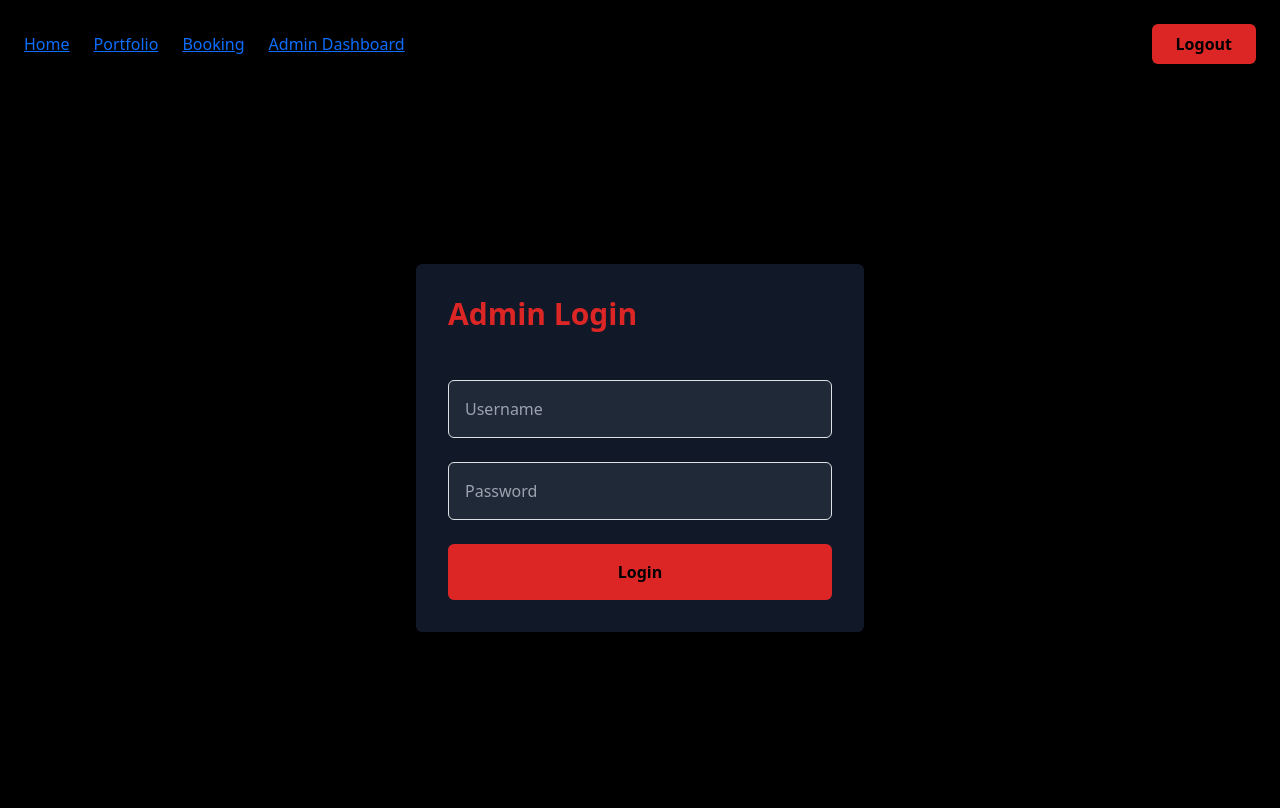
Repository: adithyakiran47/lensverseproject
Page: /admin-dashboard (app in lensverse-client/)
These files come from the project's save history. The page is drawn as it stood at one moment and after the next save; the edit follows.
The browser window is 1280 px wide. The pictures show the whole page.
The project was rebuilt for these pictures with package versions that can differ from the ones it lists, and the page was loaded fresh each time. Also part of the build but not shown: lensverse-client/src/pages/Home.js, lensverse-client/src/pages/Portfolio.js, lensverse-client/src/pages/Booking.js, lensverse-client/src/pages/About.js. Imported but missing from the stored project, and not drawn on this page: lensverse-client/src/reportWebVitals.

Above is the page before, as saved 2025-11-03 23:36:46.

### lensverse-client/src/index.css
@tailwind base;
@tailwind components;
@tailwind utilities;

/* Optional: custom background and text colors for theme */

### lensverse-client/src/App.js
import React from 'react';
import { BrowserRouter as Router, Routes, Route } from 'react-router-dom';


// Import your page components (create these next)
import Home from './pages/Home';
import Portfolio from './pages/Portfolio';
import Booking from './pages/Booking';
import About from './pages/About';
import AdminLogin from './pages/AdminLogin';
import AdminDashboard from './pages/AdminDashboard';

function App() {
  return (
    <Router>
      <Routes>
        <Route path="/" element={<Home />} />
        <Route path="/portfolio" element={<Portfolio />} />
        <Route path="/booking" element={<Booking />} />
        <Route path="/about" element={<About />} />
        <Route path="/admin-login" element={<AdminLogin />} />
        <Route path="/admin-dashboard" element={<AdminDashboard />} />
      </Routes>
    </Router>
  );
}

export default App;

### lensverse-client/src/pages/AdminLogin.js
import React, { useState } from 'react';
import { useNavigate } from 'react-router-dom';
import axios from 'axios';
import Navbar from '../components/Navbar';

const AdminLogin = () => {
  const [formData, setFormData] = useState({ username: '', password: '' });
  const navigate = useNavigate();

  const handleChange = (e) =>
    setFormData({ ...formData, [e.target.name]: e.target.value });

  const handleSubmit = async (e) => {
    e.preventDefault();
    try {
      const res = await axios.post('http://localhost:5000/api/admin/login', formData);
      localStorage.setItem('adminToken', res.data.token);
      navigate('/admin-dashboard');
    } catch {
      alert('Invalid credentials');
    }
  };

  return (
    <>
      <Navbar />
      <div className="min-h-screen bg-black text-white flex justify-center items-center p-6">
        <form onSubmit={handleSubmit} className="w-full max-w-md bg-gray-900 p-8 rounded shadow-lg space-y-6">
          <h2 className="text-3xl font-bold text-red-600 mb-6">Admin Login</h2>
          <input
            className="w-full p-3 rounded bg-gray-800 text-white border border-red-600 focus:outline-none focus:ring-2 focus:ring-red-600 transition"
            placeholder="Username"
            name="username"
            value={formData.username}
            onChange={handleChange}
            required
          />
          <input
            className="w-full p-3 rounded bg-gray-800 text-white border border-red-600 focus:outline-none focus:ring-2 focus:ring-red-600 transition"
            type="password"
            placeholder="Password"
            name="password"
            value={formData.password}
            onChange={handleChange}
            required
          />
          <button
            type="submit"
            className="w-full bg-red-600 hover:bg-red-700 rounded py-3 font-semibold transition text-black"
          >
            Login
          </button>
        </form>
      </div>
    </>
  );
};

export default AdminLogin;

### lensverse-client/src/pages/AdminDashboard.js
import React, { useEffect, useState } from 'react';
import axios from 'axios';
import { useNavigate } from 'react-router-dom';
import Navbar from '../components/Navbar';

const AdminDashboard = () => {
  const navigate = useNavigate();
  const [bookings, setBookings] = useState([]);

  const fetchBookings = async () => {
    const token = localStorage.getItem('adminToken');
    try {
      const res = await axios.get('http://localhost:5000/api/bookings', {
        headers: { Authorization: `Bearer ${token}` }
      });
      setBookings(res.data);
    } catch {
      alert('Session expired. Please login again.');
      localStorage.removeItem('adminToken');
      navigate('/admin-login');
    }
  };

  useEffect(() => {
    const token = localStorage.getItem('adminToken');
    if (!token) {
      navigate('/admin-login');
    } else {
      fetchBookings();
    }
  }, [navigate]);

  const updateBookingStatus = async (id, newStatus) => {
    const token = localStorage.getItem('adminToken');
    try {
      await axios.put(`http://localhost:5000/api/bookings/${id}`, { status: newStatus }, {
        headers: { Authorization: `Bearer ${token}` }
      });
      fetchBookings();
    } catch {
      alert('Failed to update booking');
    }
  };

  const deleteBooking = async (id) => {
    const token = localStorage.getItem('adminToken');
    try {
      await axios.delete(`http://localhost:5000/api/bookings/${id}`, {
        headers: { Authorization: `Bearer ${token}` }
      });
      fetchBookings();
    } catch {
      alert('Failed to delete booking');
    }
  };

  return (
    <>
      <Navbar />
      <div className="min-h-screen p-6 bg-black text-white">
        <h2 className="text-3xl mb-6 text-red-600 font-bold">Admin Dashboard</h2>
        <table className="w-full text-left border-collapse">
          <thead>
            <tr className="border-b border-red-600">
              <th className="py-2 px-4">Name</th>
              <th className="py-2 px-4">Email</th>
              <th className="py-2 px-4">Service</th>
              <th className="py-2 px-4">Date</th>
              <th className="py-2 px-4">Status</th>
              <th className="py-2 px-4">Actions</th>
            </tr>
          </thead>
          <tbody>
            {bookings.map(booking => (
              <tr key={booking._id} className="border-b border-gray-700 hover:bg-gray-800 transition">
                <td className="py-2 px-4">{booking.name}</td>
                <td className="py-2 px-4">{booking.email}</td>
                <td className="py-2 px-4">{booking.serviceType}</td>
                <td className="py-2 px-4">{booking.date}</td>
                <td className="py-2 px-4 text-red-500">{booking.status || 'pending'}</td>
                <td className="py-2 px-4 space-x-2">
                  <button
                    onClick={() => updateBookingStatus(booking._id, 'confirmed')}
                    className="bg-green-600 hover:bg-green-700 text-black px-3 py-1 rounded transition"
                  >
                    Confirm
                  </button>
                  <button
                    onClick={() => updateBookingStatus(booking._id, 'cancelled')}
                    className="bg-yellow-600 hover:bg-yellow-700 text-black px-3 py-1 rounded transition"
                  >
                    Cancel
                  </button>
                  <button
                    onClick={() => deleteBooking(booking._id)}
                    className="bg-red-600 hover:bg-red-700 text-black px-3 py-1 rounded transition"
                  >
                    Delete
                  </button>
                </td>
              </tr>
            ))}
          </tbody>
        </table>
      </div>
    </>
  );
};

export default AdminDashboard;

### lensverse-client/src/components/Navbar.js
import React from 'react';
import { Link, useNavigate } from 'react-router-dom';

const Navbar = () => {
  const navigate = useNavigate();

  const handleLogout = () => {
    localStorage.removeItem('adminToken');
    navigate('/admin-login');
  };

  return (
    <nav className="bg-black p-4 shadow-lg flex flex-wrap justify-between items-center text-white">
      <div className="flex space-x-6">
        <Link to="/" className="hover:text-red-500 transition">Home</Link>
        <Link to="/portfolio" className="hover:text-red-500 transition">Portfolio</Link>
        <Link to="/booking" className="hover:text-red-500 transition">Booking</Link>
        <Link to="/admin-dashboard" className="hover:text-red-500 transition">Admin Dashboard</Link>
      </div>
      <button
        onClick={handleLogout}
        className="bg-red-600 hover:bg-red-700 rounded px-4 py-2 text-black font-bold transition"
      >
        Logout
      </button>
    </nav>
  );
};

export default Navbar;

Loaded but not shown: lensverse-client/src/index.js (common file); lensverse-client/tailwind.config.js (common file)

After the next save:
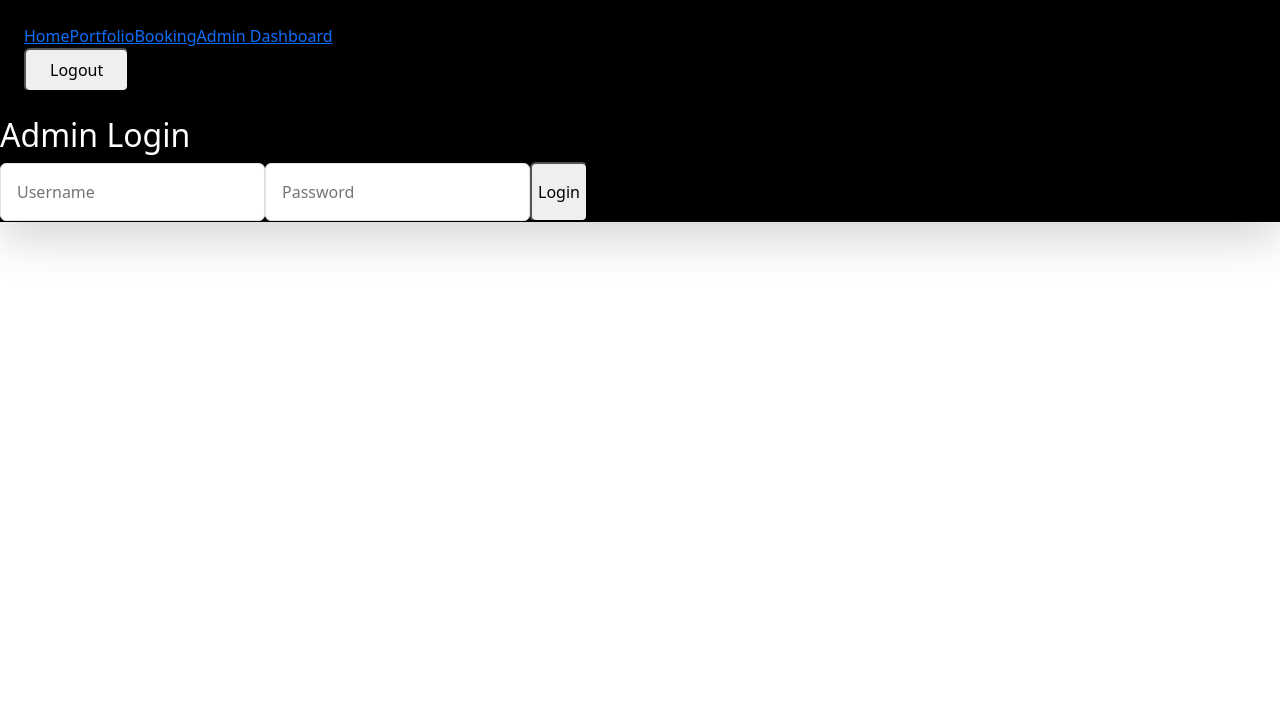
Saved 2 min 0 s later.
--- a/lensverse-client/src/index.css
+++ b/lensverse-client/src/index.css
@@ -1,5 +1,11 @@
-@tailwind base;
-@tailwind components;
-@tailwind utilities;
+.btn-black {
+  background-color: black;
+  color: white;
+  transition: background-color 0.3s ease;
+}
 
-/* Optional: custom background and text colors for theme */
+.btn-black:hover,
+.btn-black:focus {
+  background-color: #cc0000;
+  color: white;
+}
